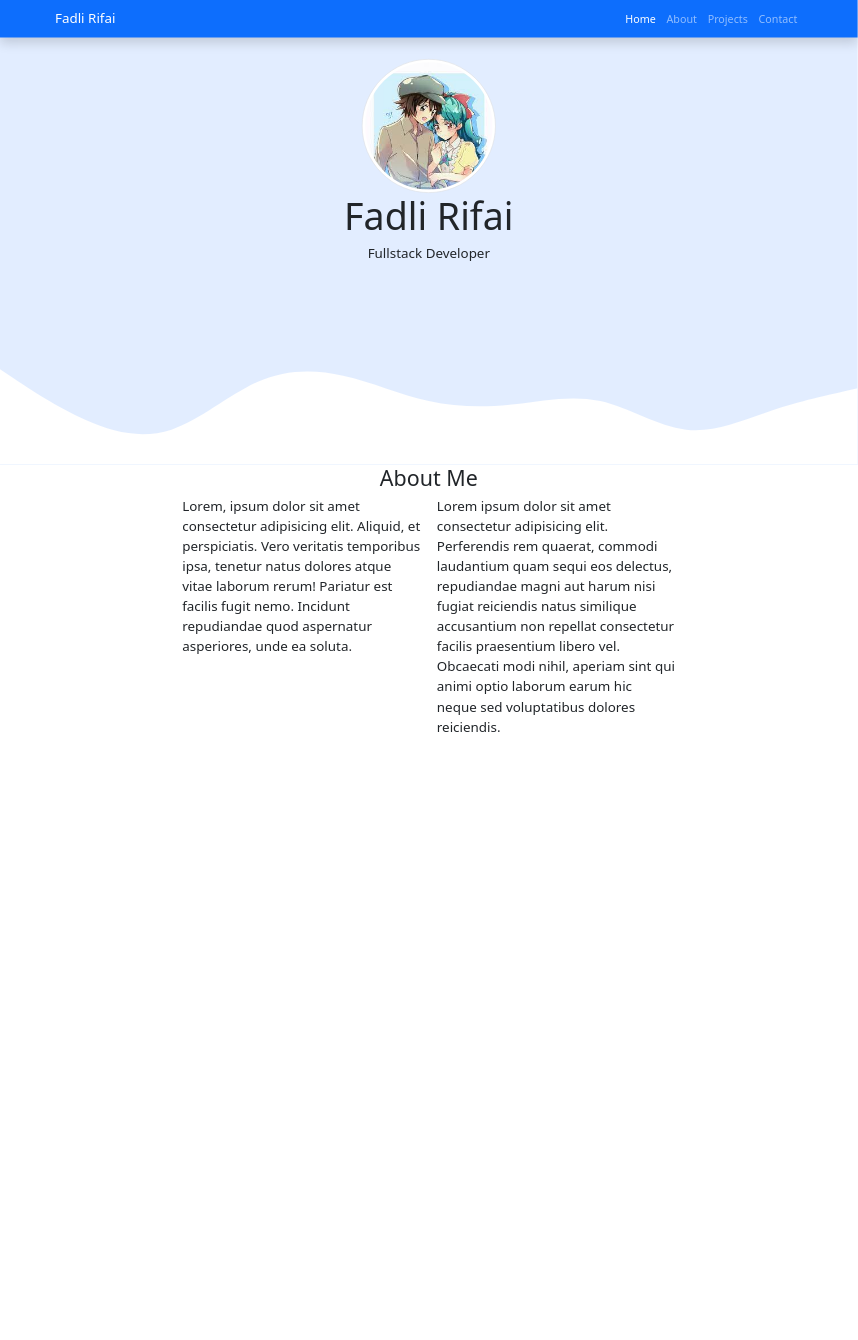
Repository: fadlyyy/fadli-dev.github.io
Page: index.html
These files come from the project's save history. The page is drawn as it stood at one moment and after the next save; the edit follows.
The browser window is 1280 px wide. The pictures show the whole page, at 67% of full size.

Above is the page before, as saved 2024-01-19 10:42:34.

### index.html
<!DOCTYPE html>
<html lang="en">
  <head>
    <meta charset="utf-8" />
    <meta name="viewport" content="width=device-width, initial-scale=1" />
    <title>Bootstrap demo</title>
    <link href="https://cdn.jsdelivr.net/npm/bootstrap@5.2.3/dist/css/bootstrap.min.css" rel="stylesheet" integrity="sha384-rbsA2VBKQhggwzxH7pPCaAqO46MgnOM80zW1RWuH61DGLwZJEdK2Kadq2F9CUG65" crossorigin="anonymous" />
    <link rel="stylesheet" href="style.css" />
  </head>
  <body>
    <!-- Navbar -->
    <nav class="navbar navbar-expand-lg navbar-dark bg-primary shadow">
      <div class="container">
        <a class="navbar-brand" href="#">Fadli Rifai</a>
        <button class="navbar-toggler" type="button" data-bs-toggle="collapse" data-bs-target="#navbarNav" aria-controls="navbarNav" aria-expanded="false" aria-label="Toggle navigation">
          <span class="navbar-toggler-icon"></span>
        </button>
        <div class="collapse navbar-collapse" id="navbarNav">
          <ul class="navbar-nav ms-auto">
            <li class="nav-item">
              <a class="nav-link active" aria-current="page" href="#">Home</a>
            </li>
            <li class="nav-item">
              <a class="nav-link" href="#">About</a>
            </li>
            <li class="nav-item">
              <a class="nav-link" href="#">Projects</a>
            </li>
            <li class="nav-item">
              <a class="nav-link" href="#">Contact</a>
            </li>
          </ul>
        </div>
      </div>
    </nav>
    <!-- Navbar End -->

    <!-- Jumbotron -->
    <section class="jumbotron text-center">
      <img class="rounded-circle img-thumbnail" src="img/images.jpeg" alt="" width="200" />
      <h1 class="display-4">Fadli Rifai</h1>
      <p class="lead">Fullstack Developer</p>
      <svg xmlns="http://www.w3.org/2000/svg" viewBox="0 0 1440 320">
        <path
          fill="#ffffff"
          fill-opacity="1"
          d="M0,160L24,176C48,192,96,224,144,245.3C192,267,240,277,288,261.3C336,245,384,203,432,181.3C480,160,528,160,576,170.7C624,181,672,203,720,213.3C768,224,816,224,864,218.7C912,213,960,203,1008,213.3C1056,224,1104,256,1152,261.3C1200,267,1248,245,1296,229.3C1344,213,1392,203,1416,197.3L1440,192L1440,320L1416,320C1392,320,1344,320,1296,320C1248,320,1200,320,1152,320C1104,320,1056,320,1008,320C960,320,912,320,864,320C816,320,768,320,720,320C672,320,624,320,576,320C528,320,480,320,432,320C384,320,336,320,288,320C240,320,192,320,144,320C96,320,48,320,24,320L0,320Z"
        ></path>
      </svg>
    </section>
    <!-- Jumbotron End -->

    <!-- About -->
    <section id="about">
      <div class="container">
        <div class="row text-center">
          <div class="col">
            <h2>About Me</h2>
          </div>
        </div>
        <div class="row justify-content-center fs-5">
          <div class="col-4">
            <p class="">
              Lorem, ipsum dolor sit amet consectetur adipisicing elit. Aliquid, et perspiciatis. Vero veritatis temporibus ipsa, tenetur natus dolores atque vitae laborum rerum! Pariatur est facilis fugit nemo. Incidunt repudiandae quod
              aspernatur asperiores, unde ea soluta.
            </p>
          </div>
          <div class="col-4">
            <p>
              Lorem ipsum dolor sit amet consectetur adipisicing elit. Perferendis rem quaerat, commodi laudantium quam sequi eos delectus, repudiandae magni aut harum nisi fugiat reiciendis natus similique accusantium non repellat
              consectetur facilis praesentium libero vel. Obcaecati modi nihil, aperiam sint qui animi optio laborum earum hic neque sed voluptatibus dolores reiciendis.
            </p>
          </div>
        </div>
      </div>
    </section>
    <!-- About End -->

    <script src="https://cdn.jsdelivr.net/npm/bootstrap@5.2.3/dist/js/bootstrap.bundle.min.js" integrity="sha384-kenU1KFdBIe4zVF0s0G1M5b4hcpxyD9F7jL+jjXkk+Q2h455rYXK/7HAuoJl+0I4" crossorigin="anonymous"></script>
  </body>
</html>

### style.css
body {
  min-height: 2000px;
}

.jumbotron {
  padding-top: 2rem;
  background-color: #e2edff;
}

After the next save:
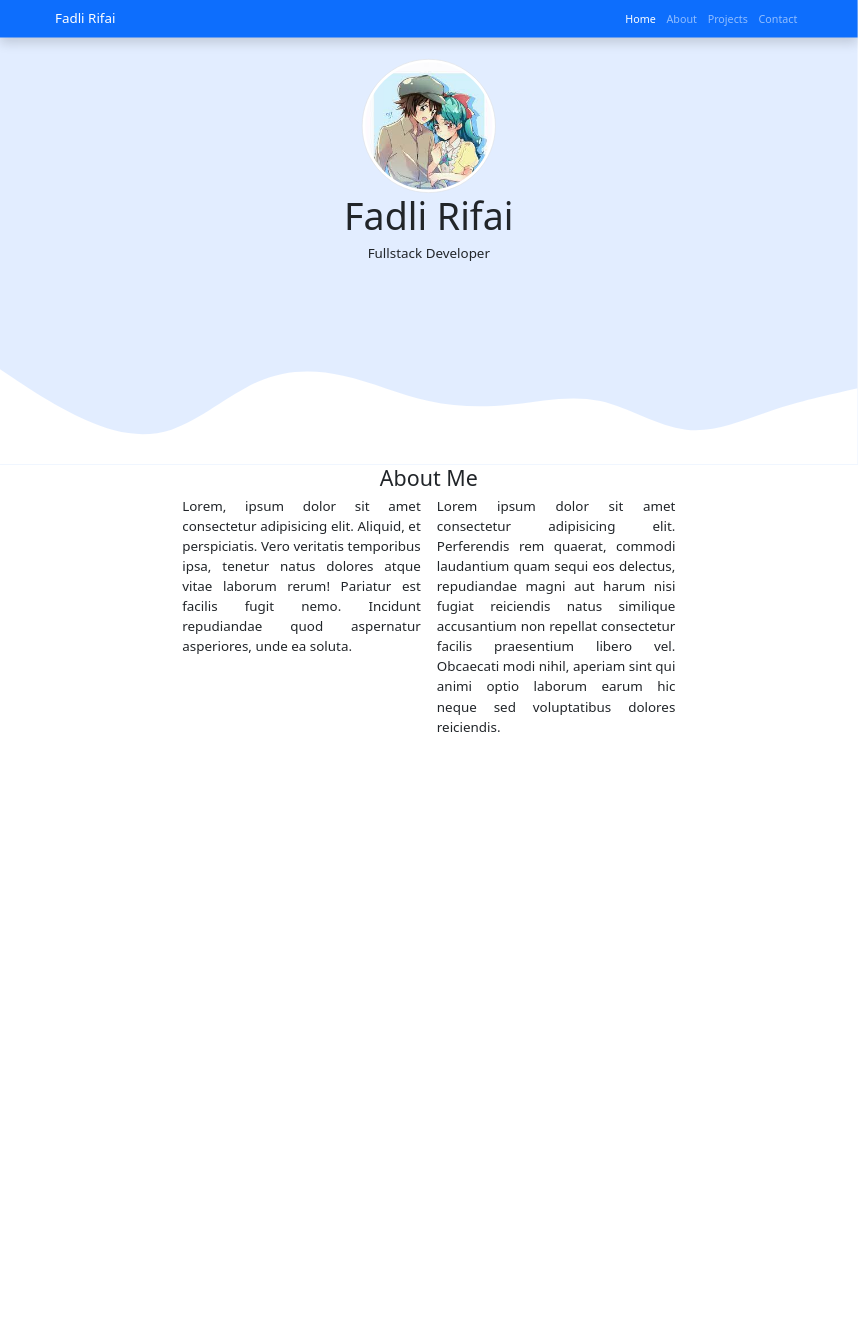
Saved 2 min 44 s later.
--- a/style.css
+++ b/style.css
@@ -6,3 +6,7 @@ body {
   padding-top: 2rem;
   background-color: #e2edff;
 }
+
+div p {
+  text-align: justify;
+}

After the 2 saves that followed:
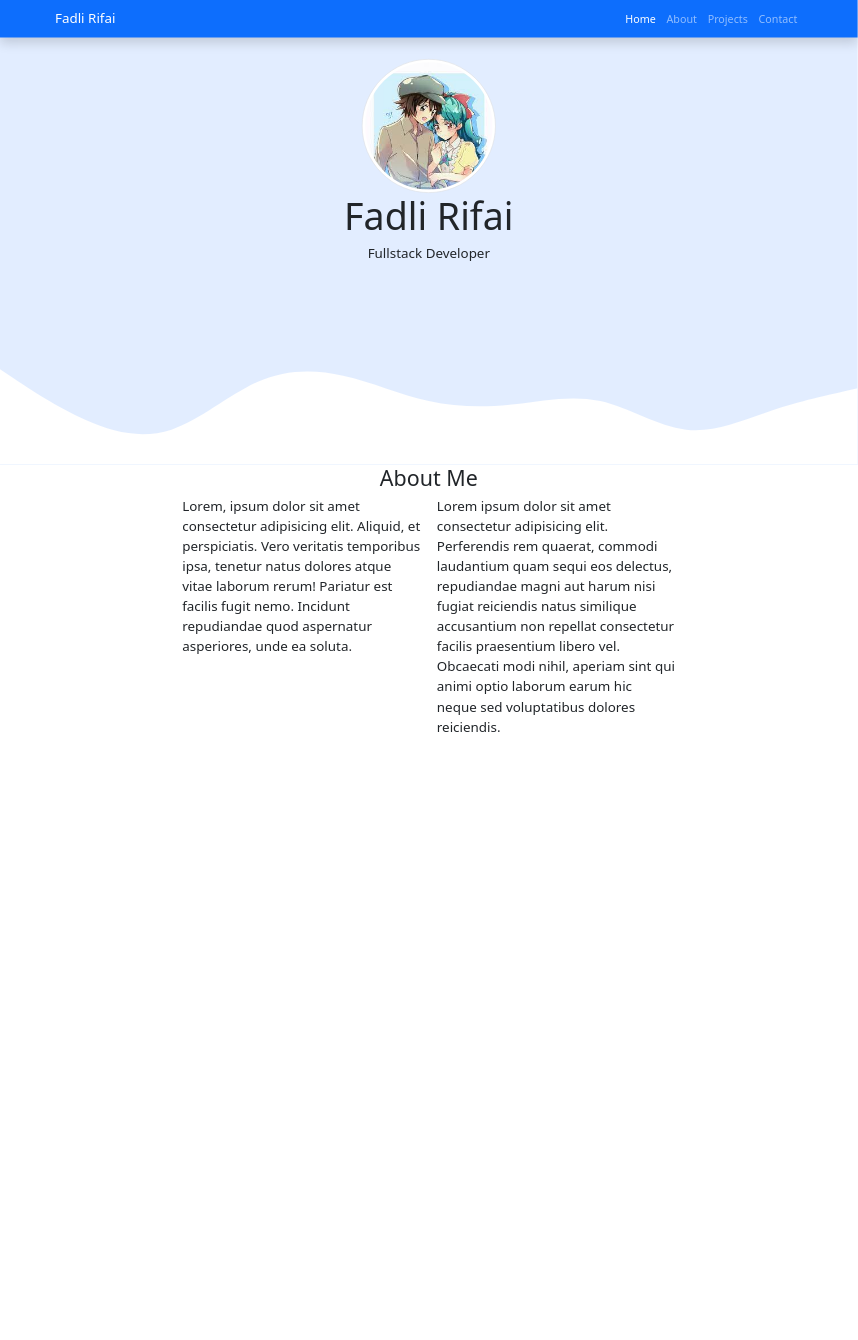
The 2 saves are shown as one change because 1 left the picture as it was.
The last was saved 38 s later.
--- a/style.css
+++ b/style.css
@@ -6,7 +6,3 @@ body {
   padding-top: 2rem;
   background-color: #e2edff;
 }
-
-div p {
-  text-align: justify;
-}
